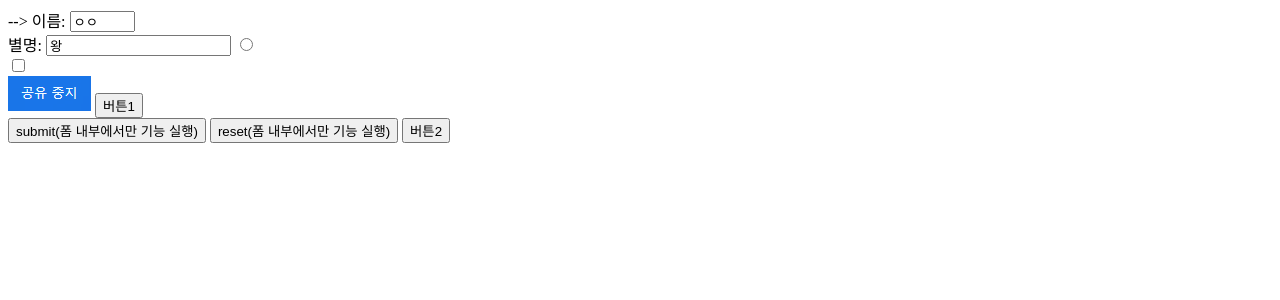
Repository: sunday1284/03_Web
Page: WebPro/src/main/webapp/1028/form요소.html
The author's editor kept a copy of each file at every save. The page is drawn from the files as they stood at one save, then again after the next save.
The browser window is 1280 px wide. The pictures show the whole page.

Above is the page before, as saved 2024-10-29 06:02:14.

### WebPro/src/main/webapp/1028/form요소.html
<!DOCTYPE html>
<html>
<head>
<meta charset="UTF-8">
<title>Insert title here</title>
</head>
<body>
<!-- <form action="요청을 보낼 서버페이지" method="데이터를 전송하는 방식(get/post)"></form> -->
	<form action="form.jsp" method="post">

		<!-- type=text는 기본적으로 생략 가능 -->
		<!-- 히든필드<input type="hidden" name="hddn" value="숨겨진값"> -->
 -->		이름: <input type="text" name="erum" value="ㅇㅇ"
 				 size="5" maxlength="5"> <br>
		별명: <input type="text" name="alias" value="왕">
				<!-- <input type = 'password'> <br> -->
				<input type = "radio" value="f"> <br>
				<input type = "checkbox" value="m"> <br>
	<!-- 				<input type = "file"> <br> -->



<!-- 		<input type="submit" value="서버로 정보 전송"> submit을 하면 action으로 감
-->		<!-- <input type ="button" value= "버튼 이름" onclick="btnClick()"> -->

		<input type="image" src="btn.PNG" alt = "이미지버튼">

		<!-- form내부의 button은 제출 기능을 갖는다 -->
		<!-- form내부의 button에 type-button 속성 정의시 제출 기능을 읽는다. -->
		<button type ="button">버튼1</button>
	</form>
		<input type="submit" value="submit(폼 내부에서만 기능 실행)">
		<input type = "reset" value="reset(폼 내부에서만 기능 실행)">
		<!-- form외부의 button은 기능이 없다(순수한 버튼) -->
		<button>버튼2</button>
	<script>
	//함수 정의
	function btnClick(){
		/* alert("잘 연결되는지 확인"); */
		// 서버페이지로 전송하는 기능 구현
		document.getElementsByTagName("form")[0].submit();
	}

	</script>
</body>
</html>

After the next save:
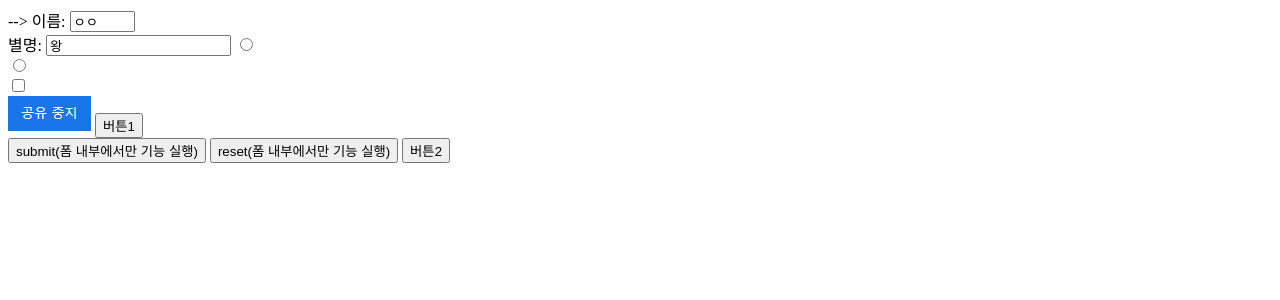
Saved 16 s later.
--- a/WebPro/src/main/webapp/1028/form요소.html
+++ b/WebPro/src/main/webapp/1028/form요소.html
@@ -15,7 +15,8 @@
 		별명: <input type="text" name="alias" value="왕">
 				<!-- <input type = 'password'> <br> -->
 				<input type = "radio" value="f"> <br>
-				<input type = "checkbox" value="m"> <br>
+				<input type = "radio" value="m"> <br>
+				<input type = "checkbox"> <br>
 	<!-- 				<input type = "file"> <br> -->
 
 
